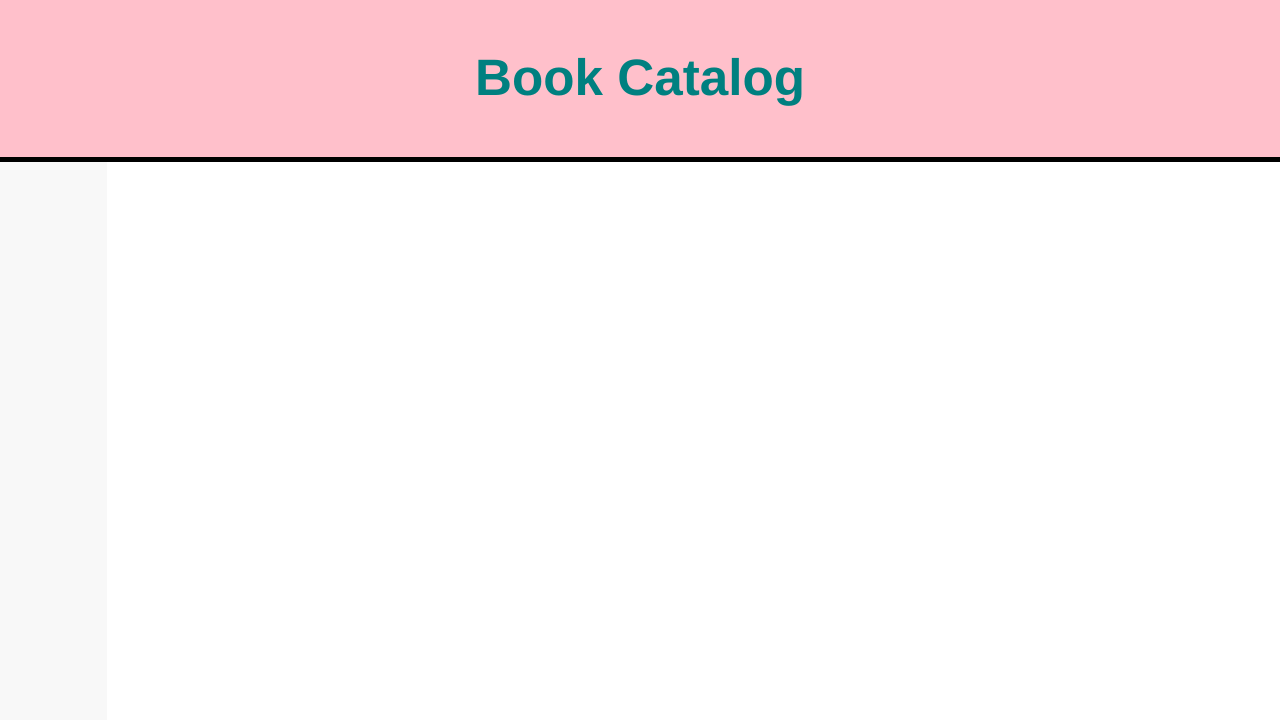
Repository: primcharlin/COMP3170_Lab_Assignment_Components
Page: /
The author's editor kept a copy of each file at every save. The page is drawn from the files as they stood at one save, then again after the next save.
The browser window is 1280 px wide. The pictures show the whole page.
The page's requests for data from a server got no answer. The project was rebuilt for these pictures with package versions that can differ from the ones it lists, and the page was loaded fresh each time. No one was signed in, and anything a server would have sent is missing. Also part of the build but not shown: vite.config.js.

Above is the page before, as saved 2025-09-12 03:03:44.

After the next save:
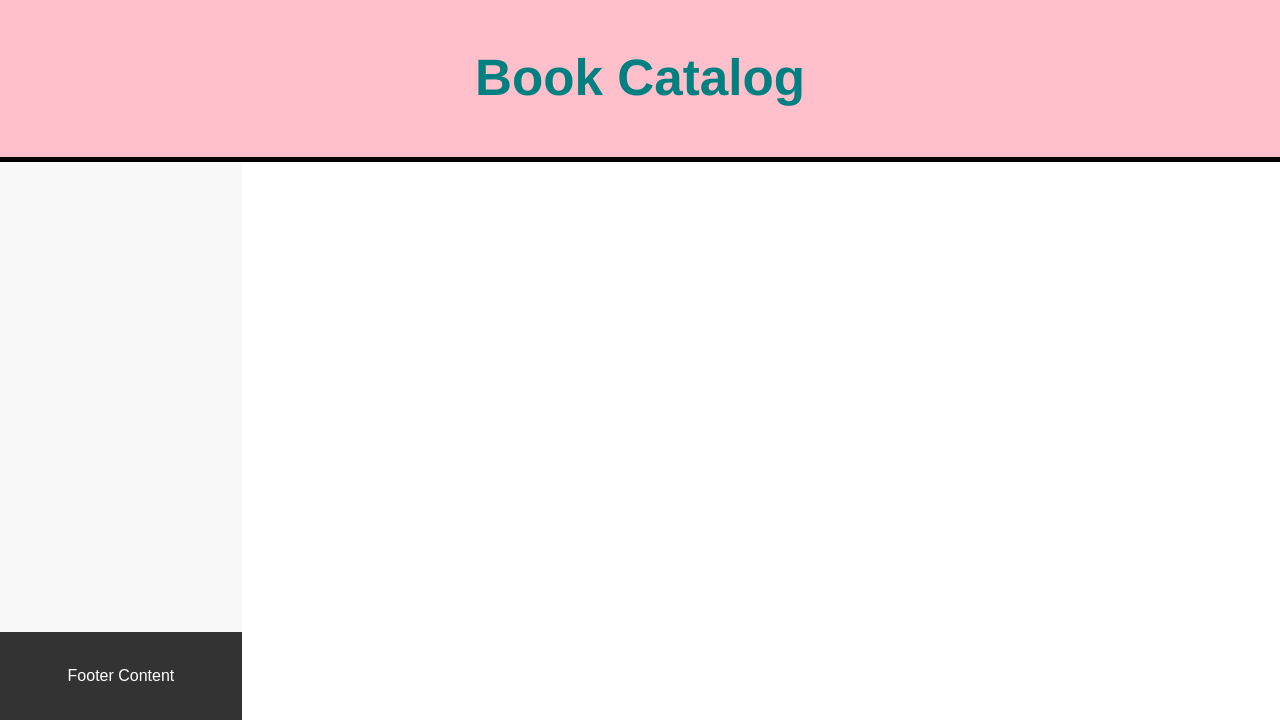
Saved 13 s later.
--- a/src/App.css
+++ b/src/App.css
@@ -51,7 +51,6 @@ img {
     min-height: 100vh;
     display: flex;
     flex-direction: column;
-
 }
 
 .app-header {
@@ -68,14 +67,12 @@ img {
     text-align: center;
     font-family: Helvetica, sans-serif;
 }
-
 .content {
-   .content {
-  flex: 1;                   /* <— ดันให้กินที่ว่างที่เหลือ */
-  display: grid;
-  grid-template-columns: 1fr 1fr;   /* 2 คอลัมน์ */
-  gap: 2rem;
-  padding: 0 2em 2em;
+    flex: 1; /* <— ดันให้กินที่ว่างที่เหลือ */
+    display: grid;
+    grid-template-columns: 1fr 1fr; /* 2 คอลัมน์ */
+    gap: 2rem;
+    padding: 0 2em 2em;
 }
 
 .grid {
